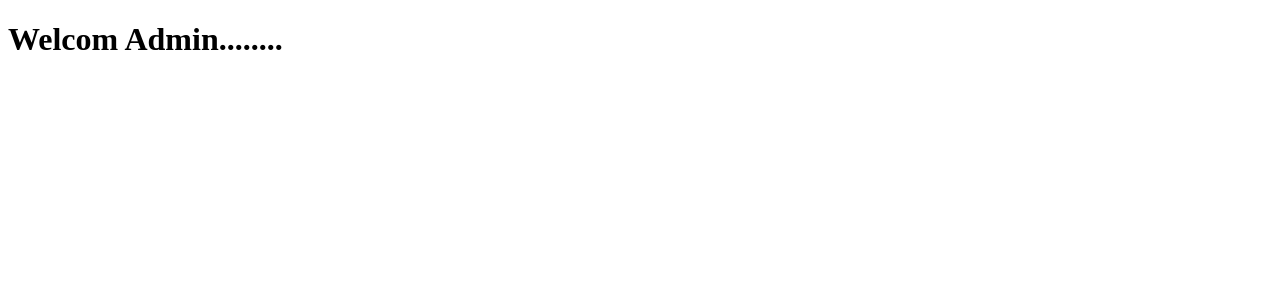
Repository: 9665672133/group005
Page: http://localhost/Project/AdminLogin.jsp
An editor plug-in stored every save of this project. The page is shown before and after the next save, followed by the edit.
The browser window is 1280 px wide. The pictures show the whole page.
The page is served by Tomcat 9.

Above is the page before, as saved 2019-11-27 05:52:16.

After the next save:
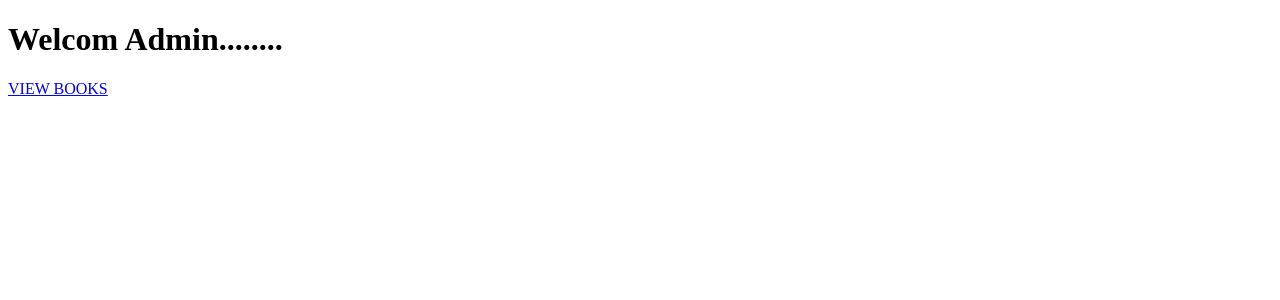
Saved 3 min 22 s later.
--- a/java Project/Project/WebContent/AdminLogin.jsp
+++ b/java Project/Project/WebContent/AdminLogin.jsp
@@ -8,6 +8,6 @@
 </head>
 <body>
 <h1>Welcom Admin........</h1>
-
+<a href="ViewBookServlet.java">VIEW BOOKS</a>
 </body>
 </html>
